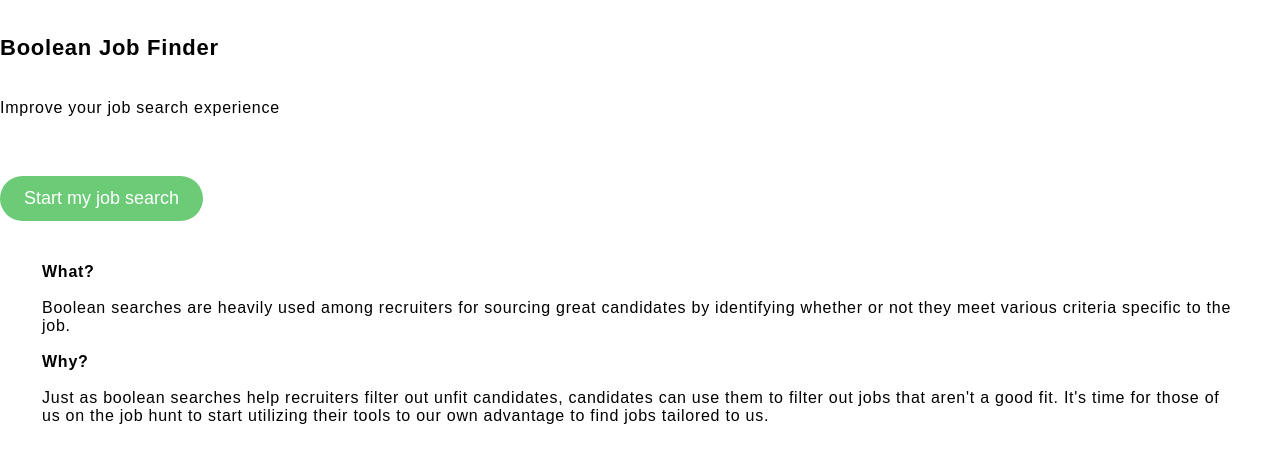
Repository: Rthompson2548/boolean-job-searcher
Page: /
The author's editor kept a copy of each file at every save. The page is drawn from the files as they stood at one save, then again after a run of saves.
The browser window is 1280 px wide. The pictures show the whole page.
The project was rebuilt for these pictures with package versions that can differ from the ones it lists, and the page was loaded fresh each time.

Above is the page before, as saved 2022-04-05 14:36:40.

### public/index.html
<!DOCTYPE html>
<html lang="en">
  <head>
    <meta charset="utf-8" />
    <link rel="icon" href="%PUBLIC_URL%/favicon.ico" />
    <meta name="viewport" content="width=device-width, initial-scale=1" />
    <meta name="theme-color" content="#000000" />
    <meta
      name="description"
      content="Web site created using create-react-app"
    />
    <link rel="preconnect" href="https://fonts.googleapis.com">
    <link rel="preconnect" href="https://fonts.gstatic.com" crossorigin>
    <link href="https://fonts.googleapis.com/css2?family=Inconsolata&family=League+Spartan&display=swap" rel="stylesheet">

    <title>React App</title>
  </head>
  <body>
    <noscript>You need to enable JavaScript to run this app.</noscript>
    <div id="root"></div>
    <!--
      This HTML file is a template.
      If you open it directly in the browser, you will see an empty page.

      You can add webfonts, meta tags, or analytics to this file.
      The build step will place the bundled scripts into the <body> tag.

      To begin the development, run `npm start` or `yarn start`.
      To create a production bundle, use `npm run build` or `yarn build`.
    -->
  </body>
</html>

### src/App.js
import "./styles.css";
// import { CopyToClipboard } from "react-copy-to-clipboard";
import React, { useState, useEffect, useRef } from "react";



export default function App() {
  let searchCategories = [
    "Experience",
    "Location",
    "Tech Stack",
    "Title",
    "Technologies",
    "Company"
  ];

let defaultCategories = [
  {
    id: 1,
    name: "Experience",
    placeholders: ["Junior", "Entry", "Grad", "Student"]
  },
  {
    id: 2,
    name: "Location",
    placeholders: ["Junior", "Entry", "Grad", "Student"]
  },
  {
    id: 3,
    name: "End",
    placeholders: ["Junior", "Entry", "Grad", "Student"]
  },
  {
    id: 4,
    name: "Title",
    placeholders: ["Junior", "Entry", "Grad", "Student"]
  },
  {
    id: 5,
    name: "Technologies",
    placeholders: ["Junior", "Entry", "Grad", "Student"]
  },
  {
    id: 6,
    name: "Company Name",
    placeholders: ["Junior", "Entry", "Grad", "Student"]
  }
];


const [copyString, setCopyString] = useState("");
const [addCategory, setAddCategory] = useState(false);
const [addCategoryBtnText, setAddCategoryBtnText] = useState(
"Start my job search"
)
const [category, setCategory] = useState("");
const [categoryChosen, setCategoryChosen] = useState(false);
const [categoryOptions, setCategoryOptions] = useState(false);
const [showCategoryForm, setShowCategoryForm] = useState(false);
const [showNewCategoryButton, setShowNewCategoryButton] = useState(true);
const [showName, setShowName] = useState(false);
const [showForm, setShowForm] = useState(false);
const [showAddWordBtn, setShowAddWordBtn] = useState(false)
const [word, setWord] = useState("");
const [list, setList] = useState([]);
const [show, setShow] = useState(false);
const [finishBtn, setFinishBtn] = useState(false);
const [finished, setFinished] = useState(false);
const [result, setResult] = useState([]);
const [doneWarning, setDoneWarning] = useState(false);
const [goodbyeMessage, setGoodbyeMessage] = useState(false);


const handleNewCategory = () => {
  setCategory("");
  setAddCategoryBtnText("Add a category");
  setShowNewCategoryButton(false);
  setFinishBtn(false);
  setCategoryOptions(true);
  setCategoryChosen(false);
};



const handleCustomCategory = () => {
  setShowCategoryForm(true);
  setCategoryOptions(false);
};


const handleCategoryNameChange = event => {
  setCategory(event.target.value);
};

const submitCategory = () => {
  setAddCategory(false);
  setShowName(true);
  setShowNewCategoryButton(false);
  setShowAddWordBtn(true);
  setShowForm(true);
  setShowCategoryForm(false);
};


const handleAddWord = () => {
  setShowForm(true);
  setCategoryOptions(false);
  setCategoryChosen(true);
};


const handleCategoryClick = event => {
  setCategory(event.target.value);
  setCategoryChosen(true);
};


const handleWordChange = event => {
  setWord(event.target.value);
};


  const [noLetters, setNoLetters] = useState(false);

  const submitAsteriskWord = () => {
    if (word.length <= 1) {
      setNoLetters(true);
    } else {
      setList((prevList) => [...prevList, `"${word}*"`]);
      setWord("");
      setShow(true);
      console.log(word);
    }
  };

  const submitWord = () => {
    if (word.length <= 1) {
      setNoLetters(true);
    } else {
      setList((prevList) => [...prevList, `"${word}"`]);
      setWord("");
      setShow(true);
      console.log(word);
    }
  };

  useEffect(() => {
    setCategory(category);
  }, [category]);

  let booleanString = `(${list.join(" OR ")})`;

  const handleSubmitCategoryWords = () => {
    setShowNewCategoryButton(true);
    setShow(false);
    setShowName(false);
    setShowForm(false);
    setFinishBtn(true);
    setResult((previousResult) => [...previousResult, booleanString]);
    console.log(result.join(" AND "));
    console.log(`list: ${list}`);
    setList([]);
    console.log(`list: ${list}`);
    setCopyString(result.join(" AND "));
  };

  const handleGenerateString = () => {
    setFinished(true);
    setFinishBtn(false);
    setShowNewCategoryButton(false);
    setDoneWarning(false);
    // setGoodbyeMessage(true);
  };

const handleDone = () => {
  setDoneWarning(true);
  setFinished(false);
};


const handleConfirmFinished = () => {
  setDoneWarning(false);
  setGoodbyeMessage(true);
  setShow(false);
  setFinished(false);
};



  return (
    <div className="App">
      <div className="header">
        <h1 className="app-title">Boolean Job Finder</h1>
        <p>Improve your job search experience</p>
        <button className="start-btn" onClick={handleNewCategory}>
          {addCategoryBtnText}
        </button>

      </div>
      <div>
    </div>


      {categoryOptions === true && (
        <div>
          <div>
<p className="pick-a-category-txt">Click a category below to start</p>


            {/* iterates through array of category names and returns a button for each */}
            <div className="category-btns">
              {searchCategories.map((value, i) => (
                <button
                  id="category-btn"
                  className="category-btn"
                  key={i}
                  value={searchCategories[i]}
                  onClick={handleCategoryClick}
                >
                  {value}
                </button>
              ))}

            </div>

{
  categoryChosen === true && (
    <button className="continue-btn" onClick={handleAddWord}>
      Continue
    </button>
  )
}
          </div>
        </div>
      )}

{
  showCategoryForm === true && (
    <div>
      <label>Enter a custom category name</label>
      <input
        placeholder="Enter category name"
        onChange={handleCategoryNameChange}
        value={category}
      />

<button onClick={submitCategory}>Submit</button>;

    </div>
  )
}

      {showForm === true && (
        <div className="keyword-form">
          <h1>{category}</h1>

          <div className="keyword-form-info">
            <div>
              <label>Enter 1 or more keywords</label>
            </div>
            <input
              placeholder="Enter two or more letters..."
              value={word}
              onChange={handleWordChange}
            />
          </div>

          <div className="keyword-btns">
            <button onClick={submitWord}>Include exact keyword</button>
            <button onClick={submitAsteriskWord}>
              Include similar keywords
            </button>

          </div>


        </div>
      )}

      {show === true && (
        <div className="keyword-string">
          <h4>{booleanString}</h4>
        </div>
      )}

      {showForm === true && (
        <div>
          <button className="continue-btn" onClick={handleSubmitCategoryWords}>
            Continue
          </button>
        </div>
      )}

      {showNewCategoryButton === true && (
        // <div className="what-why">
        <div className="what-why-info">
          {/* <hr /> */}
              <h4>What?</h4>
              <p>
                Boolean searches are heavily used among recruiters for sourcing great
                candidates by identifying whether or not they meet various criteria specific
                to the job.
              </p>
              <h4>Why?</h4>
              <p>
                Just as boolean searches help recruiters filter out unfit candidates, candidates can use them to filter out jobs that aren't a good fit. It's time for those of us on the job hunt to start utilizing their tools to our own advantage to find jobs tailored to us.
          </p>

          {/* <hr /> */}
        </div>



        // </div>
      )}


      {finishBtn === true && (
        <div>
          <button className="done-btn" onClick={handleGenerateString}>
            Submit
          </button>
        </div>
      )}

      {finished === true && (
        <div className="boolean-string">
          <p value={copyString}>{result.join(" AND ")}</p>
          <button className="done-btn" onClick={handleDone}>
            Done
          </button>
        </div>
      )}

      {doneWarning === true && (
        <div className="boolean-string">
          <p>Are you sure? This cannot be undone</p>
          <button className="done-btn" onClick={handleConfirmFinished}>
            Yes, I am done
          </button>
        </div>
      )}

      {goodbyeMessage === true && (
        <div className="goodye-msg boolean-string">
<p>Goodbye!</p>;

          <button
            className="start-btn"
            onClick={() => window.location.reload(false)}
          >
            Home
          </button>
        </div>
      )}
    </div>
  );
}

### src/styles.css
* {
  margin: 0;
  padding: 0;
  /* background-color: #fff; */
  /* color: #000; */
  /* padding: 18px 0; */
}

.App {
  font-family: sans-serif;
  /* text-align: center; */
  padding: 0 ;
  letter-spacing: 0.75px;
}

.header {
  line-height: 2rem;
  letter-spacing: 0.75px;
  padding: 32px 0 0 0;
}

img {
  width: 250px;
  height: auto;
}

button {
  /* width: 300px; */
  border-radius: 25px;
  background-color: #fff;
  color: #000;
  border: none;
  /* margin: 18px 0 0 0; */
  font-size: 18px;
}

.app-title {
  margin-bottom: 28px;
  font-size: 22px;
}

h3 {
  font-size: 22px;
}

.what-why-info {
  overflow: hidden;
  padding: 42px;
}

.what-why-info p {
  margin: 18px 0 !important;
  text-align: left !important;
}

hr {
  margin-bottom: 20px;
}
.start-btn {
  background-color: #6bcb77 !important;
  color: #fff;
  font-size: 18px;
  vertical-align: middle;
  padding: 12px 24px;
  margin-top: 52px;
}

.pick-a-category-txt {
  font-size: 18px;
  margin-bottom: 12px;
}

input {
  background-color: #fff;
  font-size: 18px;
  color: #000;
  width: 260px;
  border: 1.5px solid black;
  border-radius: 25px;
}

label {
  font-size: 20px;
}

.category-btns {
  /* center the element */
  right: 0;
  left: 0;
  margin-right: auto;
  margin-left: auto;
  display: flex;
  flex-direction: column;
  align-items: center;
}

.category-btns button {
  background-color: #ff6b6b;
  color: #fff;
  padding: 12px 42px;
  width: 300px;
}

.category-buttons button:active,
button:focus {
  /* color: #fff !important;
  background-color: #FFD93D !important; */
}

.category-buttons button:visited:after {
  color: #fff !important;
  background-color: #000 !important;
}

.continue-btn {
  background-color: #4d96ff;
  color: #fff;
}

.keyword-form-info {
  margin-top: 24px;
}

.keyword-form-info input {
  padding: 10px 24px 10px 10px;
  margin-top: 16px;
}

.keyword-btns {
  display: flex;
  flex-direction: column;
  align-items: center;
  margin: 10px 0 24px 0;
}

.keyword-btns button {
  background-color: #ff6b6b;
  color: #fff;
  font-size: 18px;
}

.keyword-string {
  padding: 20px;
  font-size: 20px;
  line-height: 2rem;
}

.goodye-msg {
  /* padding-top: 25%; */
  font-size: 42px !important;
}

.goodye-msg button {
  /* background-color: #4D96FF !important; */
  /* vertical-align: middle !important; */
}

.boolean-string {
  font-size: 32px;
  font-weight: bold;
  padding-top: 10%;
}


.boolean-string button {
  background-color: #fa58bc;
  color: #fff;
}

.done-btn {
  background-color: #4d96ff !important;
  color: #fff;
  font-size: 22px;
  vertical-align: middle;
  width: 400px;
  padding: 20px 0;
  margin-top: 36px;
}

.home-btn {
  background-color: #6bcb77 !important;
}

Loaded but not shown: src/index.js (common file); src/index.css (no stored copy; drawn as an empty file)

After the next 2 saves:
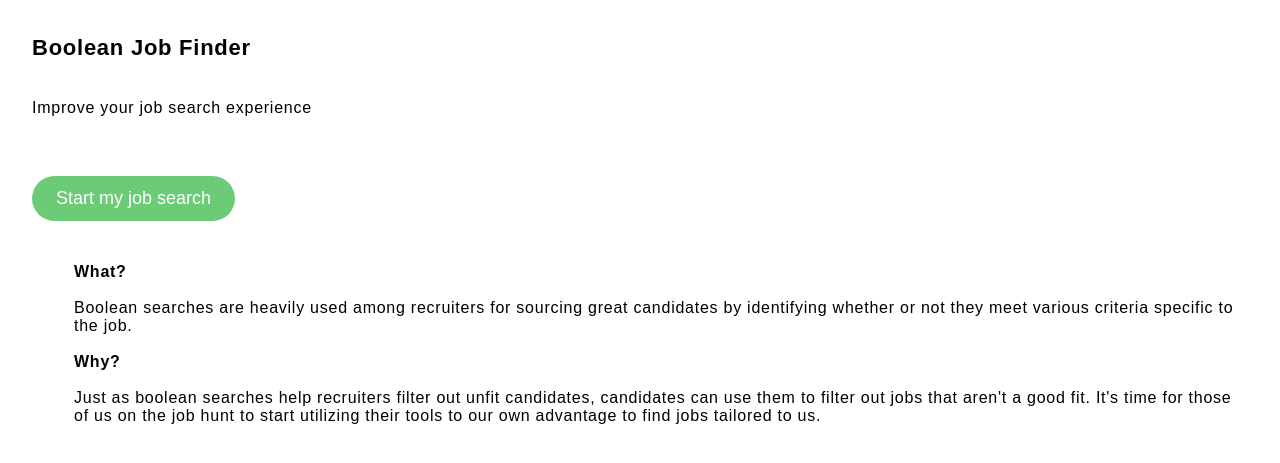
The 2 saves are shown as one change because they came seconds apart.
The last was saved 6 s later.
--- a/src/styles.css
+++ b/src/styles.css
@@ -9,7 +9,7 @@
 .App {
   font-family: sans-serif;
   /* text-align: center; */
-  padding: 0 ;
+  padding: 0 0 0 32px;
   letter-spacing: 0.75px;
 }
 
